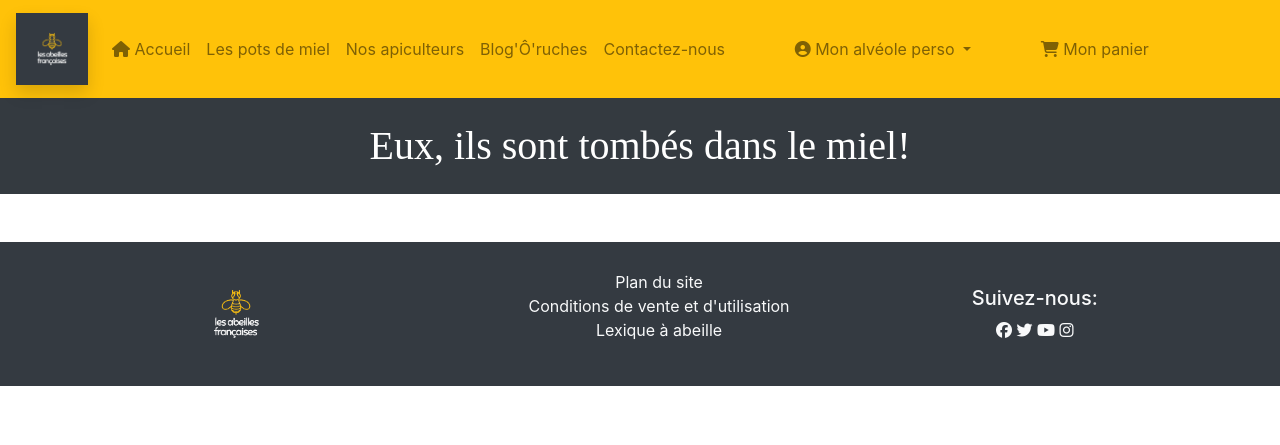
Repository: davidlecras/lesabeillesfran-aises
Page: templates/beekeeper/index.html.twig
An editor plug-in stored every save of this project. The page is shown before and after the next save, followed by the edit.
The browser window is 1280 px wide. The pictures show the whole page.
Some web fonts or font styles are not loaded; a fallback is used. Some web libraries are served in a nearby version. The page is a Twig template of a Symfony application; nobody is signed in and links lead nowhere. The template is opened directly, without the code that normally fills it, so the values that code supplies are empty.

Above is the page before, as saved 2020-05-27 18:27:55.

After the next save:
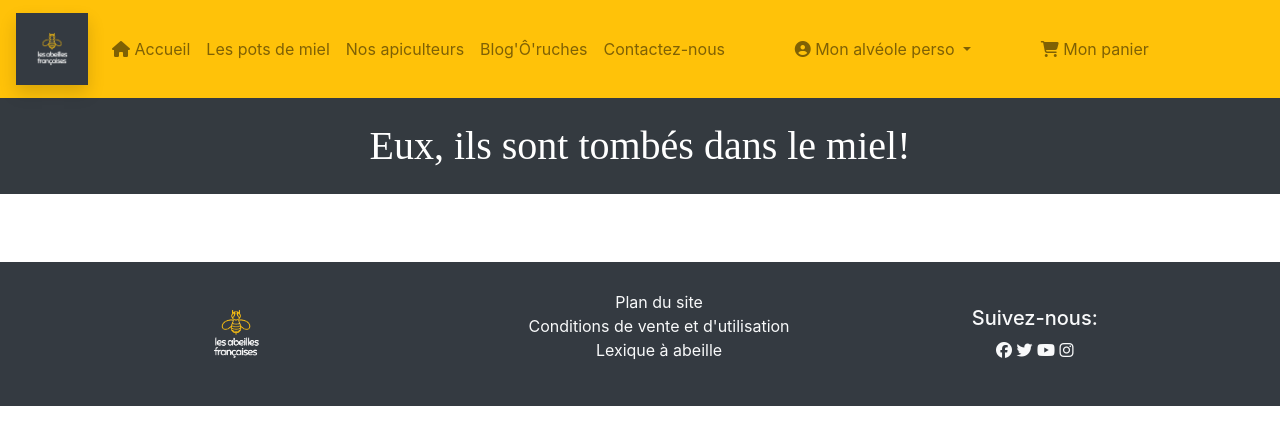
Saved 42 s later.
--- a/public/css/style.css
+++ b/public/css/style.css
@@ -38,6 +38,19 @@ a {
 .logoDark {
   height: 10vh;
   width: 10vh;
+}
+.boxBar {
+  width: 100%;
+  border: 5px solid #bada55;
+  position: fixed;
+  top: 0;
+  left: 0;
+}
+
+.bar {
+  height: 20px;
+  background: #bada55;
+  width: 0%;
 }
 .logoDarkFooter {
   height: 15vh;
